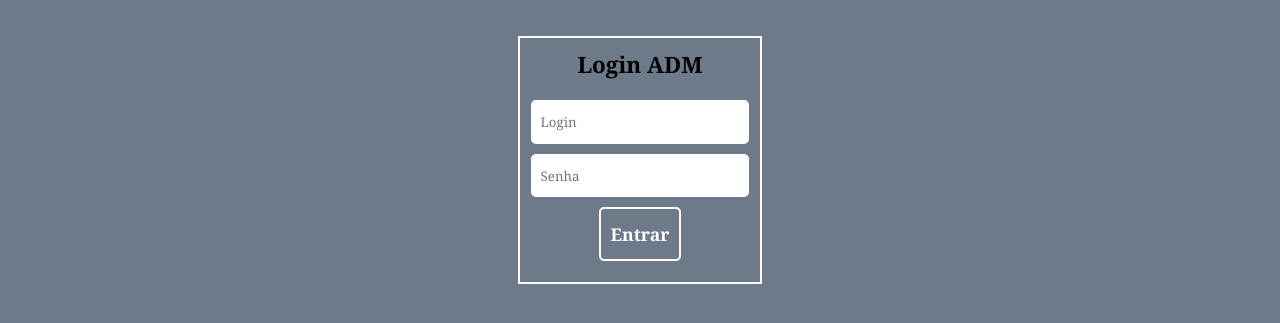
Repository: ArthurKJun/ProjetoCantinaEclipse
Page: http://localhost/arsan/loginAdministrador.jsp
The author's editor kept a copy of each file at every save. The page is drawn from the files as they stood at one save, then again after the next save.
The browser window is 1280 px wide. The pictures show the whole page.
The page is served by Tomcat 9.

Above is the page before, as saved 2023-11-03 23:08:34.

After the next save:
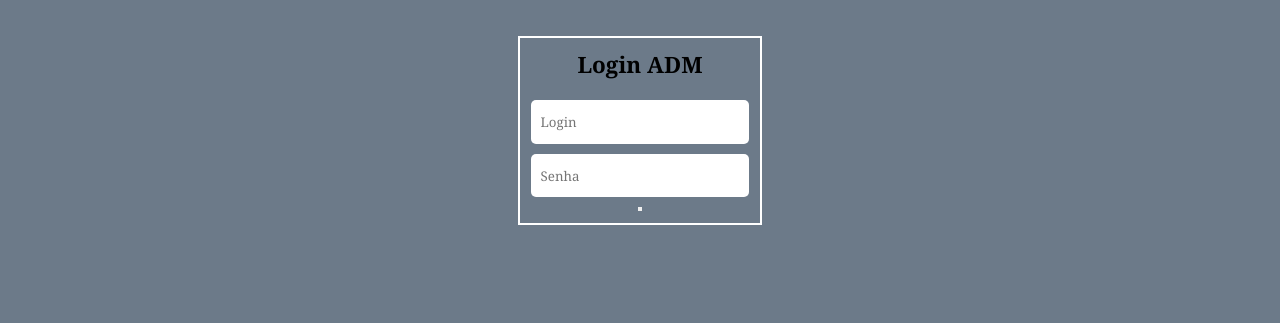
Saved 118 s later.
--- a/arsan/src/main/webapp/loginAdministrador.jsp
+++ b/arsan/src/main/webapp/loginAdministrador.jsp
@@ -30,7 +30,7 @@
 
 					<input type="password" name="senha" id="senha" placeholder="Senha">
 
-                    <input type="submit" value="Entrar" onclick="logar()">
+                    <button onclick="logar()"></button>
 
 				</form>
 
